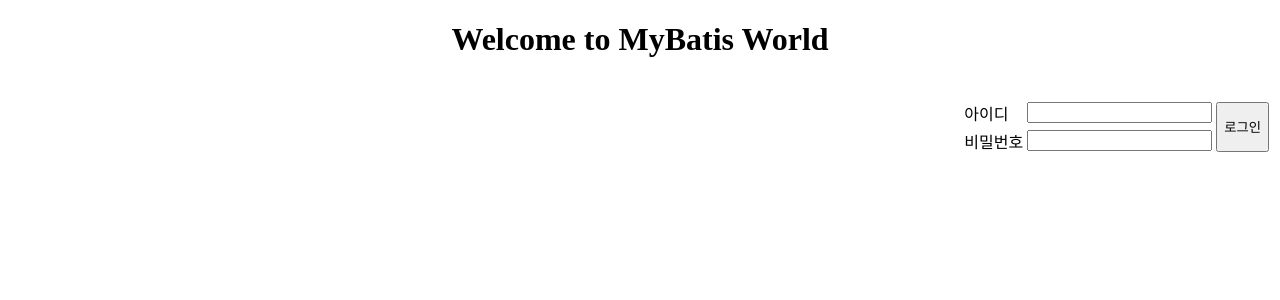
Repository: kimalbab/07_mybatis
Page: http://localhost/mybatisProject/
An editor plug-in stored every save of this project. The page is shown before and after the next save, followed by the edit.
The browser window is 1280 px wide. The pictures show the whole page.
The page is served by Tomcat 9.

Above is the page before, as saved 2022-08-12 05:40:47.

After the next save:
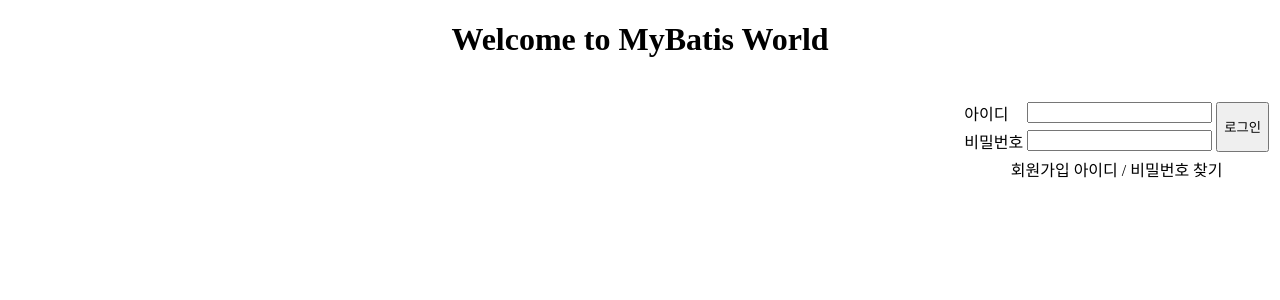
Saved 16 s later.
--- a/mybatisProject/src/main/webapp/WEB-INF/views/common/menubar.jsp
+++ b/mybatisProject/src/main/webapp/WEB-INF/views/common/menubar.jsp
@@ -28,7 +28,8 @@
 						</tr>
 						<tr>
 							<td colspan="3" align="center">
-
+								<a>회원가입</a>
+								<a>아이디 / 비밀번호 찾기</a>
 							</td>
 						</tr>
 					</table>
